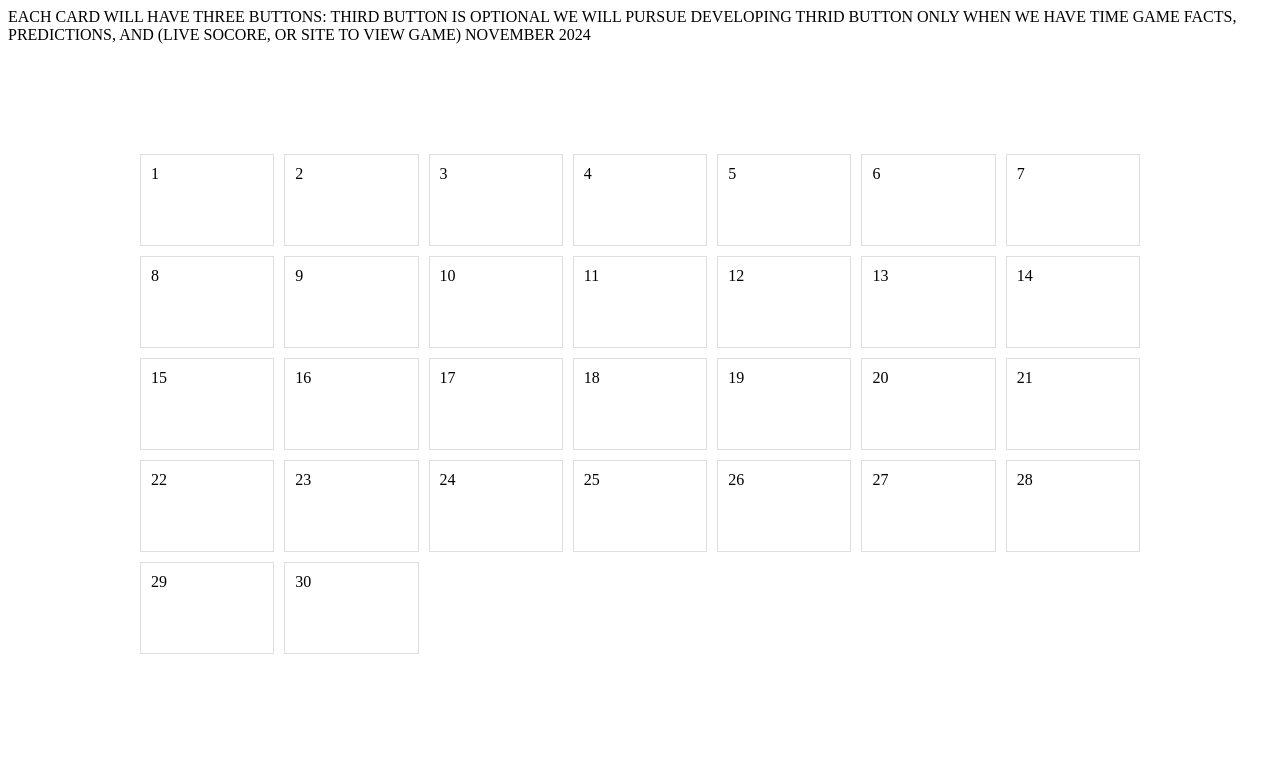
Repository: bredernd/Sports-Analytics
Page: http://localhost/CPS298_Nba/calendar
The author's editor kept a copy of each file at every save. The page is drawn from the files as they stood at one save, then again after the next save.
The browser window is 1280 px wide. The pictures show the whole page.
The page is served by Tomcat 9. Other server files are loaded and not shown.

Above is the page before, as saved 2024-11-06 19:02:48.

### NBAProj/CPS298_Nba/src/main/webapp/WEB-INF/Dispatcher-servlet.xml
<?xml version="1.0" encoding="UTF-8"?>
<beans xmlns="http://www.springframework.org/schema/beans"
	xmlns:xsi="http://www.w3.org/2001/XMLSchema-instance"
	xmlns:context="http://www.springframework.org/schema/context"
	xmlns:mvc="http://www.springframework.org/schema/mvc"
	xmlns:tx="http://www.springframework.org/schema/tx"
	xsi:schemaLocation="http://www.springframework.org/schema/mvc http://www.springframework.org/schema/mvc/spring-mvc-4.3.xsd
		http://www.springframework.org/schema/beans http://www.springframework.org/schema/beans/spring-beans.xsd
		http://www.springframework.org/schema/context http://www.springframework.org/schema/context/spring-context-4.3.xsd
		http://www.springframework.org/schema/tx http://www.springframework.org/schema/tx/spring-tx-4.3.xsd">


	<context:component-scan
		base-package="com.cps298.nba">
	</context:component-scan>
	<mvc:annotation-driven></mvc:annotation-driven>
	<mvc:resources mapping="/resources/**" location="/resources/"></mvc:resources>
	<bean id="viewResolver"
		class="org.springframework.web.servlet.view.InternalResourceViewResolver">
	<property name="prefix" value="/WEB-INF/Views/"></property>
	<property name="suffix" value=".jsp"></property>
	</bean>

<!-- 	<bean id="myDataSource" -->
<!-- 		class="com.mchange.v2.c3p0.ComboPooledDataSource"> -->
<!-- 	<property name="driverClass" value="com.mysql.cj.jdbc.Driver"></property> -->
<!-- 	<property name="user" value="hbstudent"></property> -->
<!-- 	<property name="password" value="hbstudent"></property> -->
<!-- 	<property name="jdbcUrl" -->
<!-- 		value="jdbc:mysql://localhost:3306/movies?useSSL=false"> -->
<!-- 	</property> -->
<!-- 	<property name="minPoolSize" value="5"></property> -->
<!-- 	<property name="maxPoolSize" value="30"></property> -->
<!-- 	<property name="maxIdleTime" value="30000"></property> -->
<!-- 	</bean> -->
<!-- 	<bean id="sessionFactory" -->
<!-- 		class="org.springframework.orm.hibernate5.LocalSessionFactoryBean"> -->
<!-- 	<property name="dataSource" ref="myDataSource"></property> -->
<!-- 	<property name="packagesToScan" -->
<!-- 		value="com.cps298.nba.entity"> -->
<!-- 	</property> -->
<!-- 	<property name="hibernateProperties"> -->
<!-- 	<props> -->
<!-- 	<prop key="hibernate.dialect">org.hibernate.dialect.MySQLDialect</prop> -->
<!-- 	<prop key="hibernate.show_sql">true</prop> -->
<!-- 	</props> -->
<!-- 	</property> -->
<!-- 	</bean> -->
<!-- 	<bean id="myTransactionalManager" -->
<!-- 		class="org.springframework.orm.hibernate5.HibernateTransactionManager"> -->
<!-- 	<property name="sessionFactory" ref="sessionFactory"></property> -->
<!-- 	</bean> -->
<!-- 	<tx:annotation-driven transaction-manager="myTransactionalManager" /> -->
</beans>

### NBAProj/CPS298_Nba/src/main/webapp/WEB-INF/Views/calendar.jsp
<%@ page language="java" contentType="text/html; charset=ISO-8859-1"
    pageEncoding="ISO-8859-1"%>
<!DOCTYPE html>
<html>
<head>
<meta charset="ISO-8859-1">
<title>Calendar</title>

<style>
	.container {
	display: flex;
    justify-content: center;
    align-items: center;
    min-height: 100vh;
	}

	.calendar {
	display: grid;
	grid-template-columns: repeat(7, 1fr);
	gap: 10px;
	width: 1000px;
	height: 500px;
	}

    .day {
    border: 1px solid #ddd;
    padding: 10px;
    }

    .calTitle{
    font-size: 50px;
    width: fit-content;
    height: fit-content;
    }
</style>
</head>
<body>


EACH CARD WILL HAVE THREE BUTTONS: THIRD BUTTON IS OPTIONAL
WE WILL PURSUE DEVELOPING THRID BUTTON ONLY WHEN WE HAVE TIME
GAME FACTS, PREDICTIONS, AND (LIVE SOCORE, OR SITE TO VIEW GAME)

	<label for="calCont">${month} ${year}</label>
	<div class="container" value="calCont">
    	<div class="calendar">
        	${calendarHtml}
    	</div>
    </div>


</body>
</html>

### NBAProj/CPS298_Nba/src/main/java/com/cps298/nba/controller/MainController.java
package com.cps298.nba.controller;

import java.time.LocalDate;

import org.springframework.beans.factory.annotation.Autowired;
import org.springframework.stereotype.Controller;
import org.springframework.ui.Model;
import org.springframework.web.bind.annotation.RequestMapping;

import com.cps298.nba.service.CalendarService;

@Controller
public class MainController {

    @Autowired
    private CalendarService calendarService;

	@RequestMapping("/")
	public String home() {
		return "home";
	}

	@RequestMapping("/calendar")
	public String calendar(Model model) {
        LocalDate now = LocalDate.now();
        int year = now.getYear();
        int month = now.getMonthValue();

        // Use the service to generate the HTML
        String calendarHtml = calendarService.generateCalendarHtml(year, month);

        model.addAttribute("calendarHtml", calendarHtml);
        model.addAttribute("month", now.getMonth());
        model.addAttribute("year", year);

		return "calendar";
	}

	@RequestMapping("/news")
	public String news() {
		return "news";
	}

	@RequestMapping("/gameFacts")
	public String gameFacts() {
		return "gameFacts";
	}

	@RequestMapping("/predictions")
	public String predictions() {
		return "predictions";
	}
}

### NBAProj/CPS298_Nba/src/main/java/com/cps298/nba/service/CalendarService.java
package com.cps298.nba.service;

import java.time.LocalDate;
import java.time.YearMonth;

import org.springframework.stereotype.Service;

@Service
public class CalendarService {

    public String generateCalendarHtml(int year, int month) {
        StringBuilder calendarHtml = new StringBuilder();
        YearMonth yearMonth = YearMonth.of(year, month);

        for (int day = 1; day <= yearMonth.lengthOfMonth(); day++) {
            calendarHtml.append("<div class='day'>").append(day).append("</div>");
        }

        return calendarHtml.toString();
    }

}

After the next save:
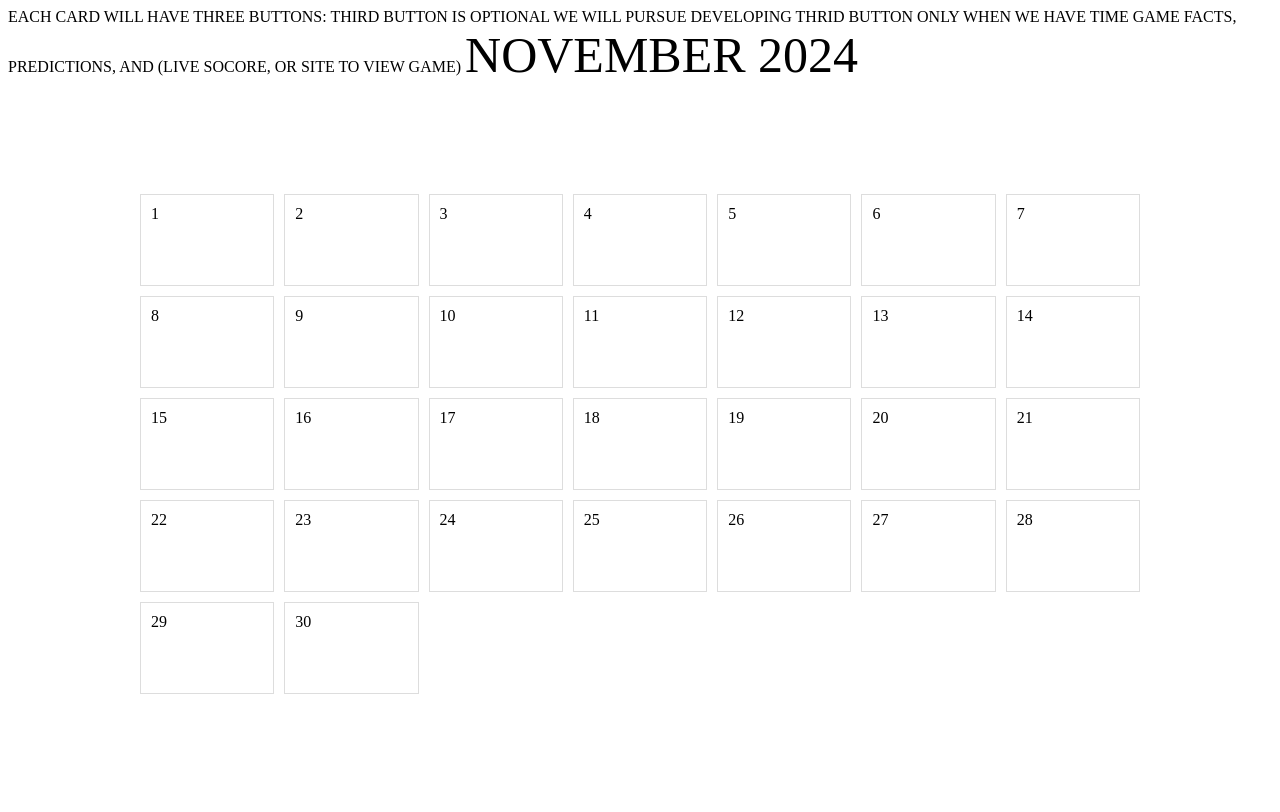
Saved 27 s later.
--- a/NBAProj/CPS298_Nba/src/main/webapp/WEB-INF/Views/calendar.jsp
+++ b/NBAProj/CPS298_Nba/src/main/webapp/WEB-INF/Views/calendar.jsp
@@ -41,7 +41,7 @@ EACH CARD WILL HAVE THREE BUTTONS: THIRD BUTTON IS OPTIONAL
 WE WILL PURSUE DEVELOPING THRID BUTTON ONLY WHEN WE HAVE TIME
 GAME FACTS, PREDICTIONS, AND (LIVE SOCORE, OR SITE TO VIEW GAME)
 
-	<label for="calCont">${month} ${year}</label>
+	<label for="calCont" class="calTitle">${month} ${year}</label>
 	<div class="container" value="calCont">
     	<div class="calendar">
         	${calendarHtml}
